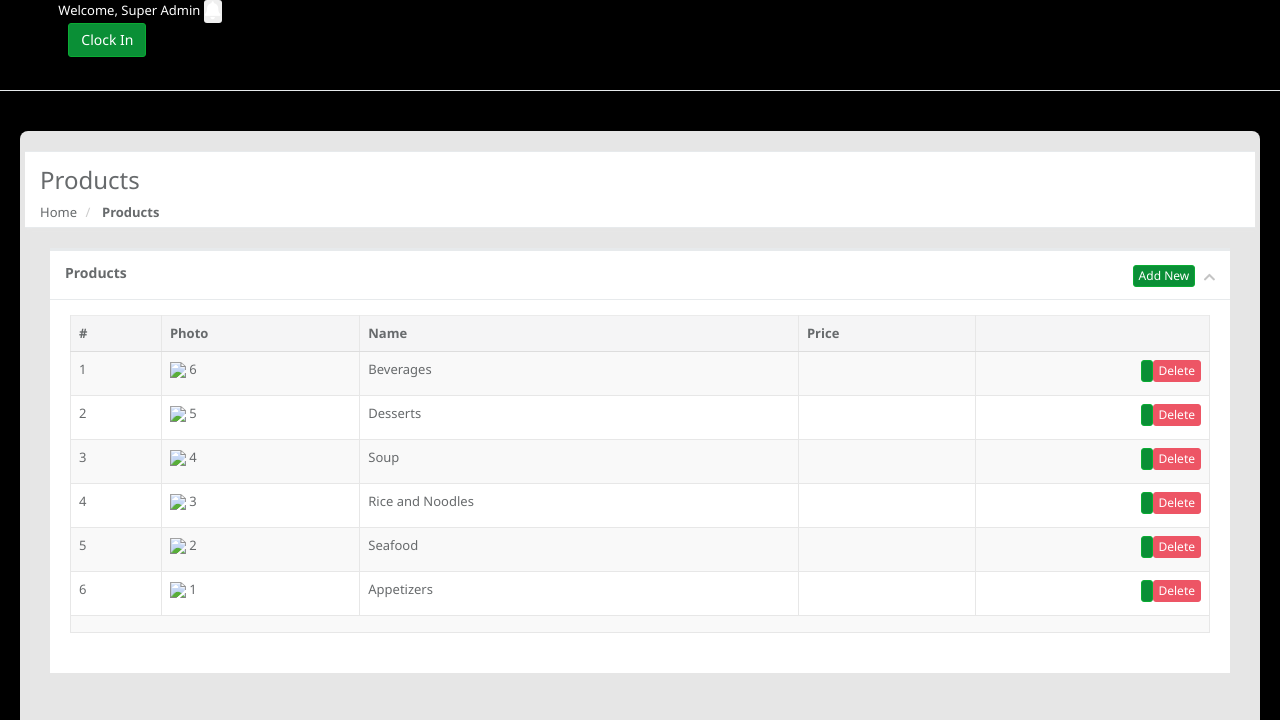
Repository: ShibuyaCho/cannabest
Page: http://localhost/products
The author's editor kept a copy of each file at every save. The page is drawn from the files as they stood at one save, then again after the next save.
The browser window is 1280 px wide. The pictures show the whole page.
Some icons come from a web library that is not loaded, so they are not drawn. An inner scrolling area shows only its first screen. Some web libraries are served in a nearby version. The page is served by the project's Laravel application, run on PHP 8.4 with Laravel 9. The first stored user is signed in. The database holds what the project's SQL file puts in it.

Above is the page before, as saved 2024-10-16 10:59:05.
Console error: TypeError: $(...).metisMenu is not a function

After the next save:
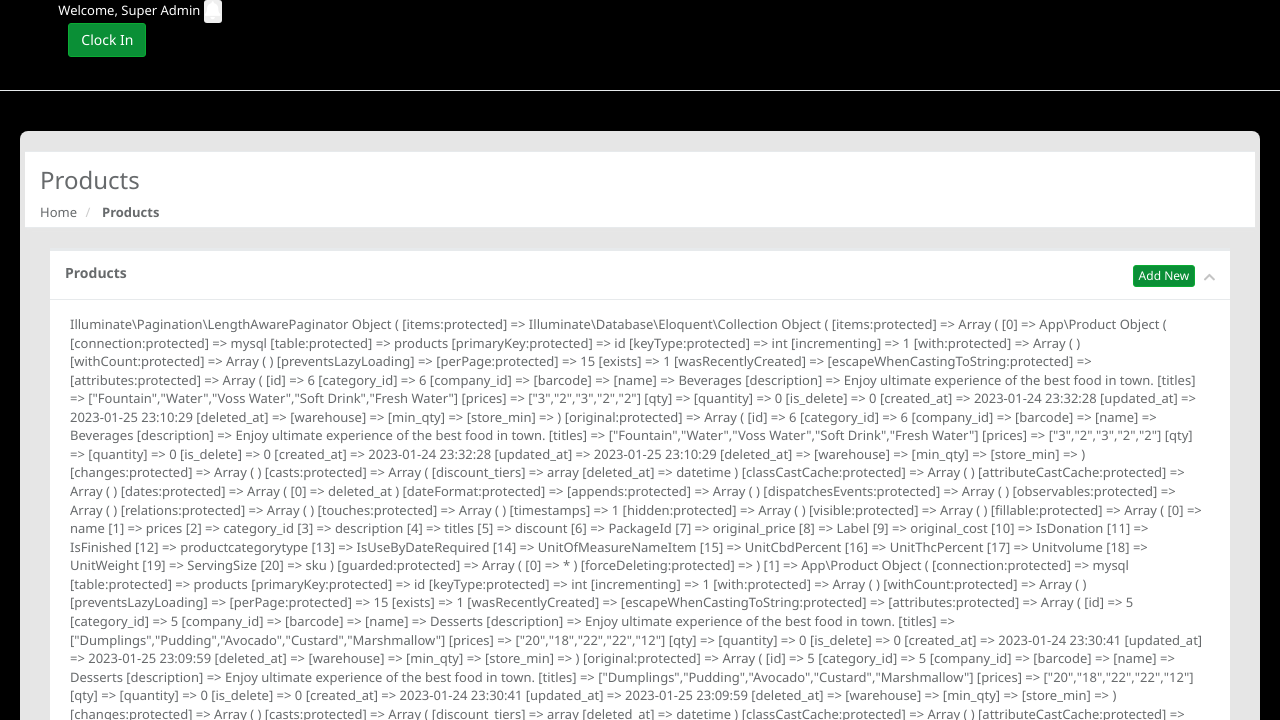
Saved 15 s later.
--- a/resources/views/backend/products/index.blade.php
+++ b/resources/views/backend/products/index.blade.php
@@ -40,7 +40,7 @@
 
                         <div class="table-responsive">
 
-                        {{$products}}
+                        {{print_r($products)}}
                     <table class="table table-striped table-bordered table-hover" >
 
 					 <thead>

After the save that followed:
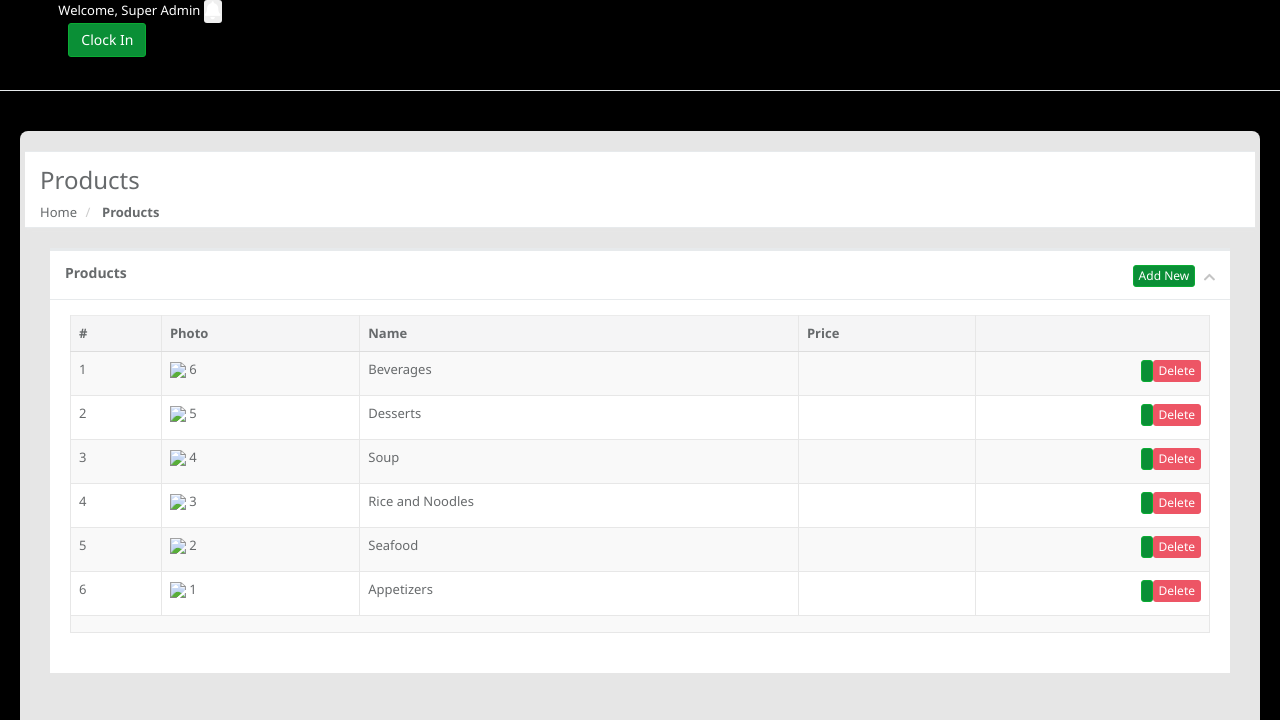
Saved 5 min 38 s later.
--- a/resources/views/backend/products/index.blade.php
+++ b/resources/views/backend/products/index.blade.php
@@ -40,7 +40,7 @@
 
                         <div class="table-responsive">
 
-                        {{print_r($products)}}
+
                     <table class="table table-striped table-bordered table-hover" >
 
 					 <thead>
